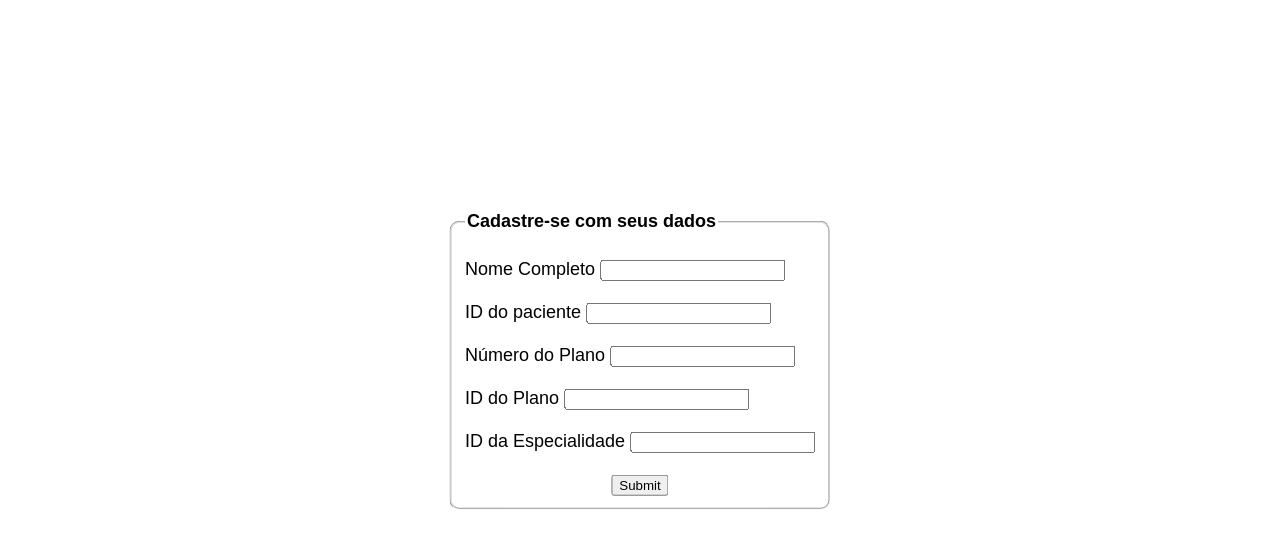
Repository: ohenriquesouza/HospitalCRUD-using-JavaEE
Page: http://localhost/JSP_test/test.jsp
These files come from the project's save history. The page is drawn as it stood at one moment and after the next save; the edit follows.
The browser window is 1280 px wide. The pictures show the whole page.
The page is served by Tomcat 10.

Above is the page before, as saved 2022-12-26 16:52:54.

After the next save:
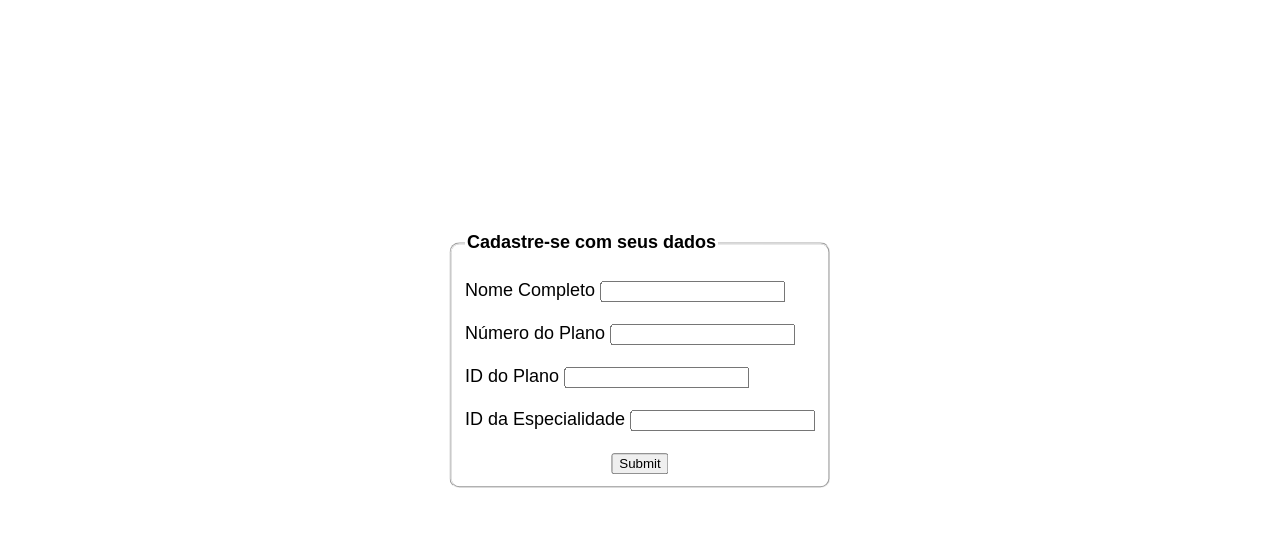
Saved 3 min 31 s later.
--- a/JSP_test/src/main/webapp/test.jsp
+++ b/JSP_test/src/main/webapp/test.jsp
@@ -3,20 +3,16 @@
 <%@ page import = "java.util.Date"%>
 <!DOCTYPE html>
 <html lang = "pt-br">
-
     <head>
-
         <meta charset="UTF-8">
         <meta http-equiv="X-UA-Compatible" content="IE=edge">
         <meta name="viewport" content="width=device-width, initial-scale=1.0">
         <title>Cadastro</title>
         <style>
-
             body{
                 font-family: Arial, Helvetica, sans-serif;
                 font-size: large;
             }
-
             .box{
                 position: absolute;
                 top: 50%;
@@ -25,67 +21,42 @@
                 padding: 15px;
                 border-radius: 10px;
             }
-
             fieldset{
                 border-radius: 10px;
             }
 
         </style>
-
     </head>
-
     <body>
-
         <div class="box">
-
             <form action="">
-
                 <fieldset>
-
                     <legend><b>Cadastre-se com seus dados</b></legend><br/>
-
                     <div class="input_box">
                         <label for="nome">Nome Completo</label>
                         <input type="text" name="nome" id="nome" class="input_name" required></input>
                     </div>
-
                     <br>
-
-                    <div class="input_box">
-                        <label for="id">ID do paciente</label>
-                        <input type="number" name="id" id="id" class="input_id" required></input>
-                    </div>
-
-                    <br>
-
                     <div class="input_box">
                         <label for="NmPlano">Número do Plano</label>
                         <input type="number" name="NmPlano" id="NmPlano" class="input_nmPlano" required></input>
                     </div>
-
                     <br>
-
                     <div class="input_box">
                         <label for="idPlano">ID do Plano</label>
                         <input type="number" name="idPlano" id="idPlano" class="input_idPlano" required></input>
                     </div>
-
                     <br>
-
                     <div class="input_box">
                         <label for="idEspec">ID da Especialidade</label>
                         <input type="number" name="idEspec" id="idEspec" class="input_idEspec" required></input>
                     </div>
-
                     <br>
                     <center>
                         <input type="submit"></input>
                     </center>
                 </fieldset>
-
             </form>
-
         </div>
-
     </body>
 </html>

After the save that followed:
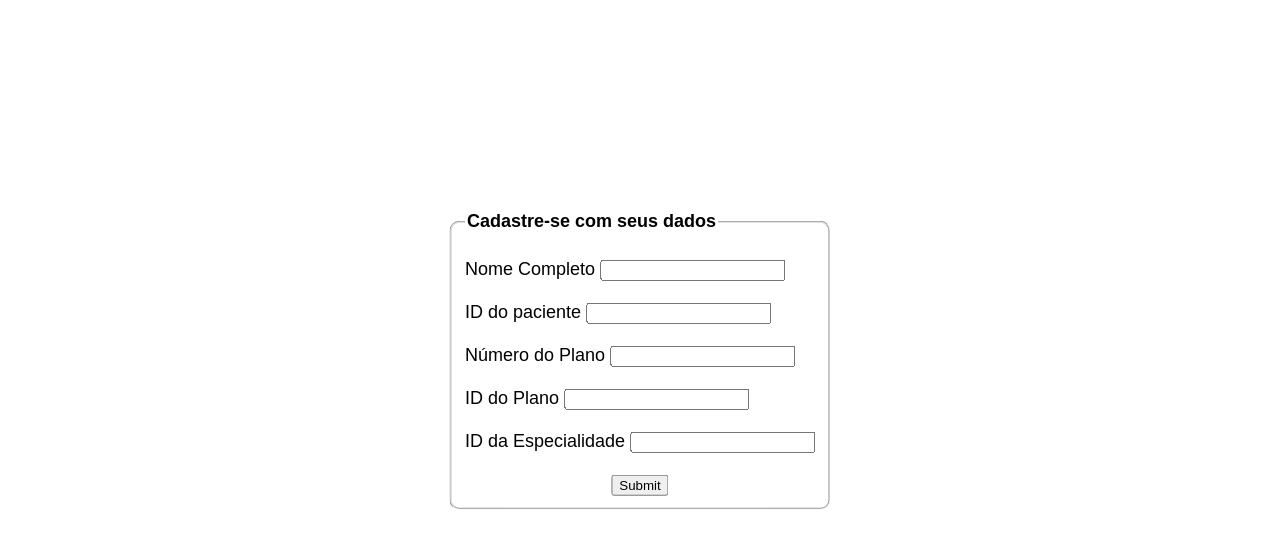
Saved 13 s later.
--- a/JSP_test/src/main/webapp/test.jsp
+++ b/JSP_test/src/main/webapp/test.jsp
@@ -38,6 +38,11 @@
                     </div>
                     <br>
                     <div class="input_box">
+                        <label for="id">ID do paciente</label>
+                        <input type="number" name="id" id="id" class="input_id" required></input>
+                    </div>
+                    <br>
+                    <div class="input_box">
                         <label for="NmPlano">Número do Plano</label>
                         <input type="number" name="NmPlano" id="NmPlano" class="input_nmPlano" required></input>
                     </div>
